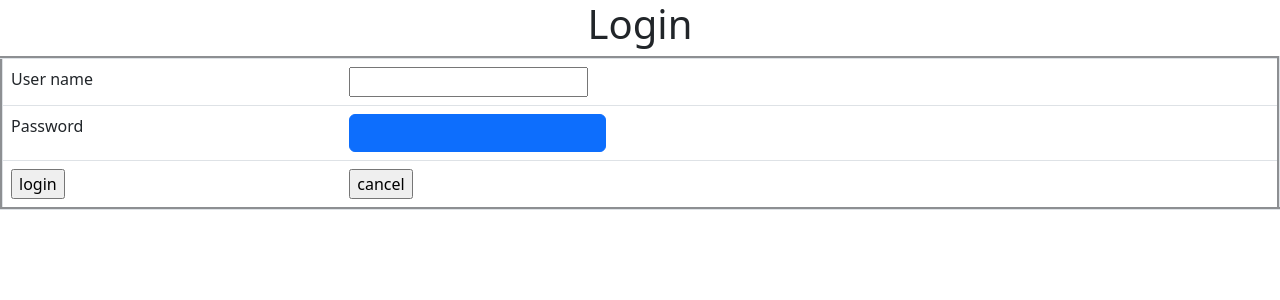
Repository: VOVALDASBHAVYA/SecondCommitedADVjava_servlets
Page: servltesProject/RequestDispatcherDemo/src/main/webapp/login.html
An editor plug-in stored every save of this project. The page is shown before and after the next save, followed by the edit.
The browser window is 1280 px wide. The pictures show the whole page.

Above is the page before, as saved 2022-10-17 12:02:46.

After the next save:
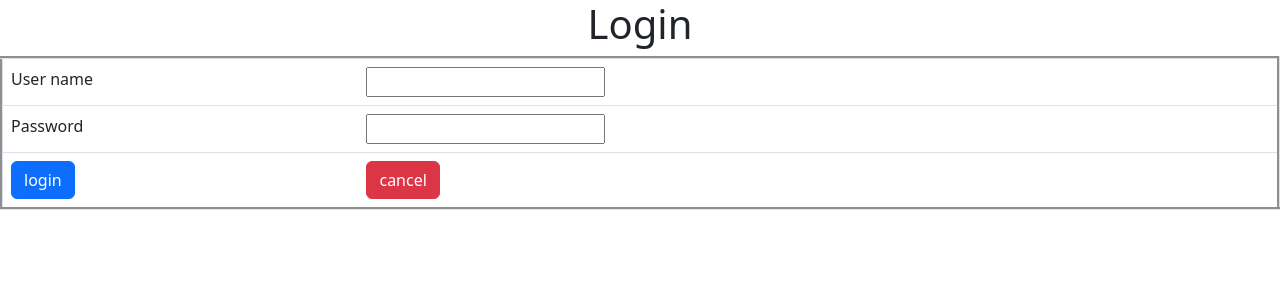
Saved 59 s later.
--- a/servltesProject/RequestDispatcherDemo/src/main/webapp/login.html
+++ b/servltesProject/RequestDispatcherDemo/src/main/webapp/login.html
@@ -19,11 +19,11 @@
 </tr>
 <tr>
 <td>Password</td>
-<td><input type="password" name="pwd" class="btn btn-primary"/></td>
+<td><input type="password" name="pwd" /></td>
 </tr>
 <tr>
-<td><input type="submit" value="login"/></td>
-<td><input type="reset" value="cancel"/></td>
+<td><input type="submit" value="login" class="btn btn-primary"/></td>
+<td><input type="reset" value="cancel" class="btn btn-danger"/></td>
 </tr>
 </table>
 </form>
